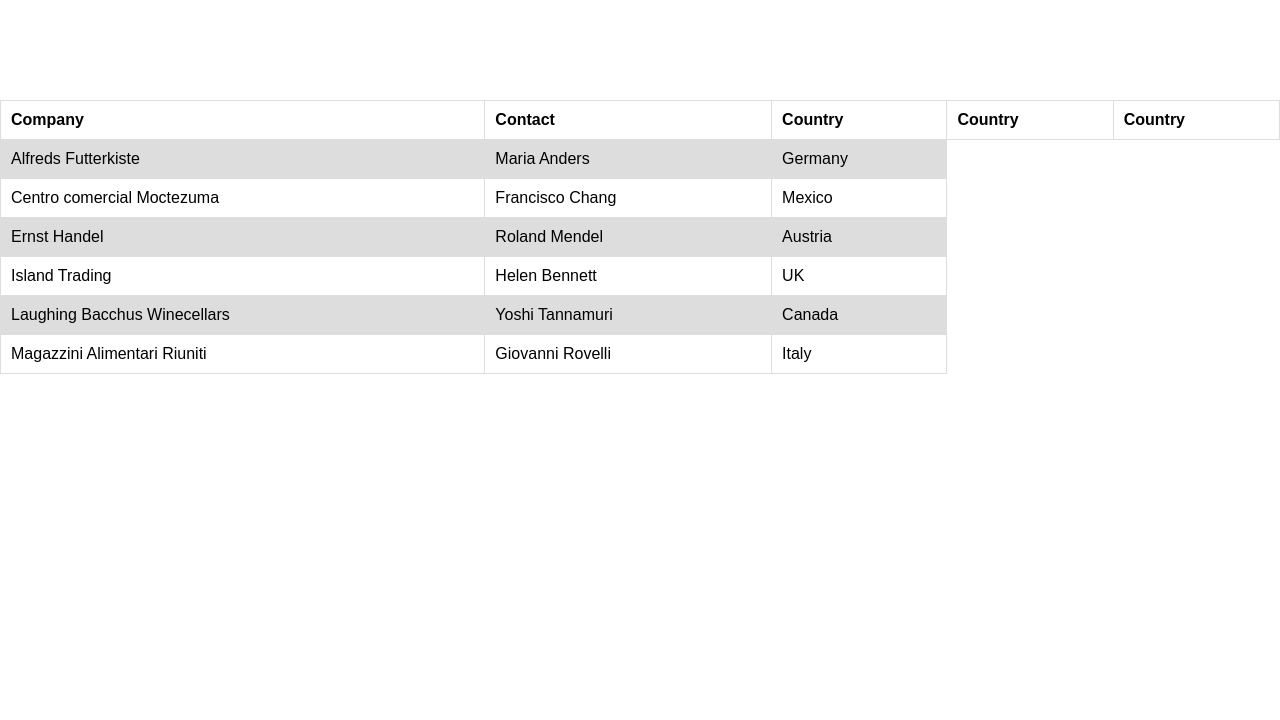
Repository: Seryozha02/ApiRequests
Page: index.html
The author's editor kept a copy of each file at every save. The page is drawn from the files as they stood at one save, then again after the next save.
The browser window is 1280 px wide. The pictures show the whole page.

Above is the page before, as saved 2022-09-22 21:16:53.

### index.html
<!DOCTYPE html>
<html lang="en">
<head>
    <meta charset="UTF-8">
    <meta http-equiv="X-UA-Compatible" content="IE=edge">
    <meta name="viewport" content="width=device-width, initial-scale=1.0">
    <title>Request's</title>
    <link rel="stylesheet" href="style.css">
</head>
<body>
    <table class="requests">
        <tr>
          <th>Company</th>
          <th>Contact</th>
          <th>Country</th>
          <th>Country</th>
          <th>Country</th>
        </tr>
        <tr>
          <td>Alfreds Futterkiste</td>
          <td>Maria Anders</td>
          <td>Germany</td>
        </tr>
        <tr>
          <td>Centro comercial Moctezuma</td>
          <td>Francisco Chang</td>
          <td>Mexico</td>
        </tr>
        <tr>
          <td>Ernst Handel</td>
          <td>Roland Mendel</td>
          <td>Austria</td>
        </tr>
        <tr>
          <td>Island Trading</td>
          <td>Helen Bennett</td>
          <td>UK</td>
        </tr>
        <tr>
          <td>Laughing Bacchus Winecellars</td>
          <td>Yoshi Tannamuri</td>
          <td>Canada</td>
        </tr>
        <tr>
          <td>Magazzini Alimentari Riuniti</td>
          <td>Giovanni Rovelli</td>
          <td>Italy</td>
        </tr>
      </table>
</body>
<script src="script.js"></script>
</html>

### style.css
* {
        margin: 0;
        padding: 0;
        box-sizing: border-box;
}

.requests {
    font-family: arial, sans-serif;
    border-collapse: collapse;
    width: 100%;
    margin-top: 100px;
  }

  td, th {
    border: 1px solid #dddddd;
    text-align: left;
    padding: 10px;

  }

  tr:nth-child(even) {
    background-color: #dddddd;
  }

Loaded but not shown: script.js (no copy from this time; the picture is the same without it)

After the next save:
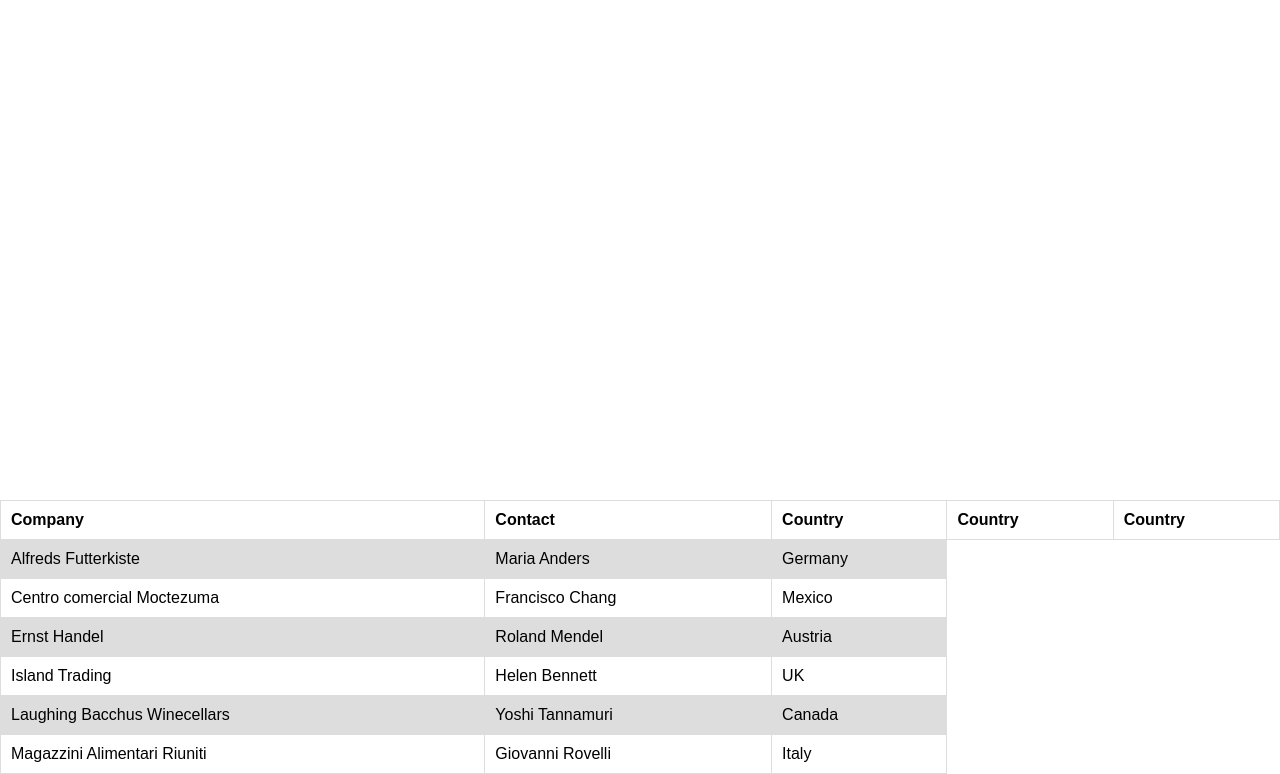
Saved 4 s later.
--- a/style.css
+++ b/style.css
@@ -8,7 +8,7 @@
     font-family: arial, sans-serif;
     border-collapse: collapse;
     width: 100%;
-    margin-top: 100px;
+    margin-top: 500px;
   }
 
   td, th {
